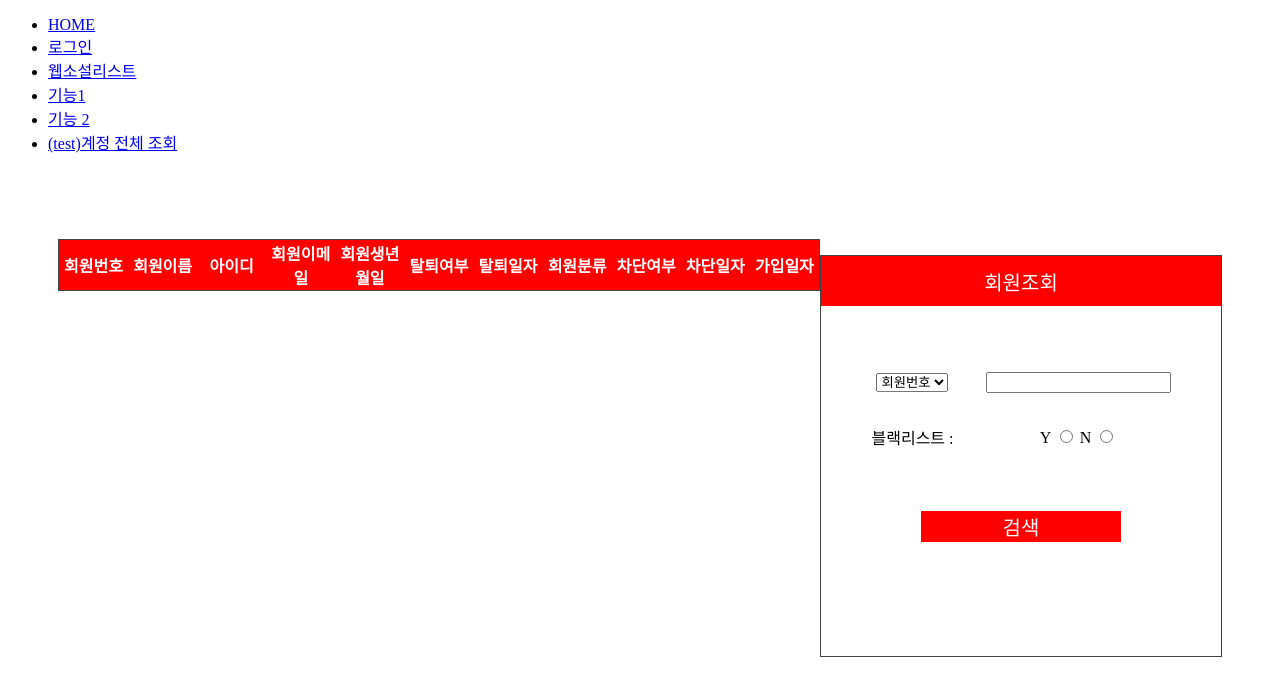
Repository: hoony0203/firstbook
Page: http://localhost/first_book/WEB-INF/views/admin/memberList.jsp
These files come from the project's save history. The page is drawn as it stood at one moment and after the next save; the edit follows.
The browser window is 1280 px wide. The pictures show the whole page.
The page is served by Tomcat 9. Nobody is signed in. The template is opened directly, without the code that normally fills it, so the values that code supplies are empty.

Above is the page before, as saved 2021-04-09 12:14:31.

After the next save:
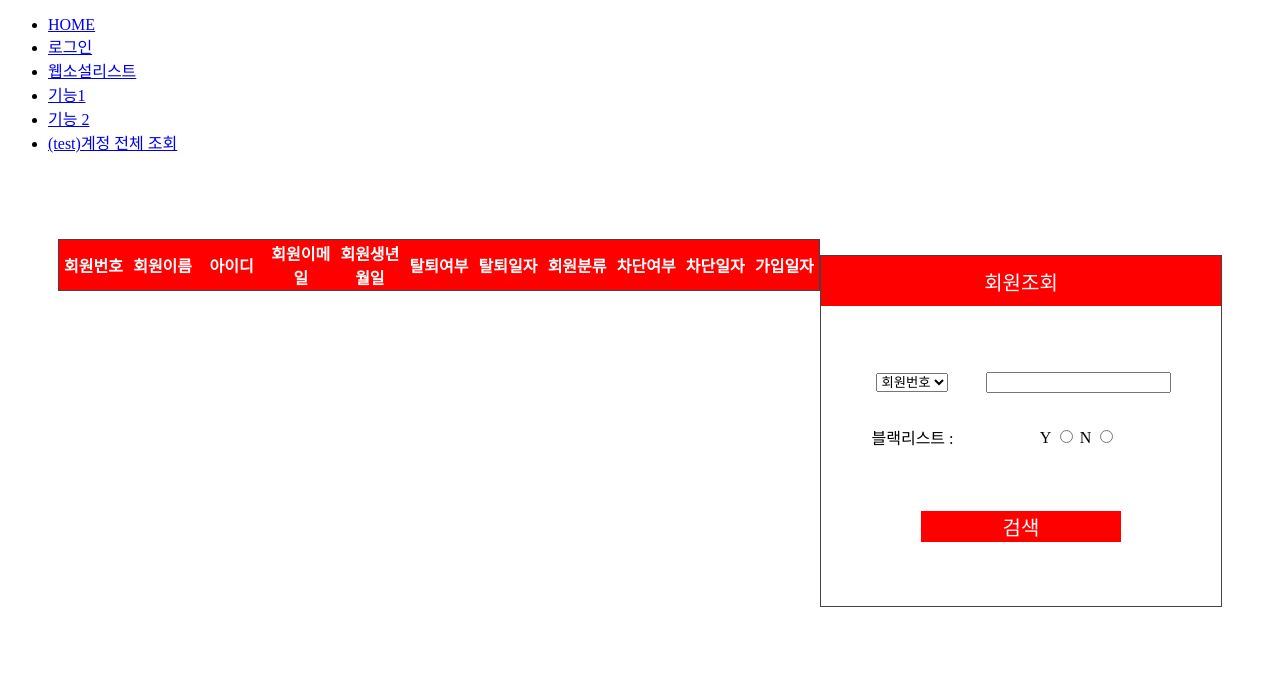
Saved 8 s later.
--- a/first_book/web/WEB-INF/views/admin/memberList.jsp
+++ b/first_book/web/WEB-INF/views/admin/memberList.jsp
@@ -17,7 +17,7 @@
 	section table tbody>tr:nth-child(odd) { background-color: #CFCFCF; }
 
 
-	aside { float:right; margin-top: 85px; margin-right : 50px; height : 400px; width : 400px; border: 1px solid #444444;}
+	aside { float:right; margin-top: 85px; margin-right : 50px; height : 350px; width : 400px; border: 1px solid #444444;}
 
 	.inbox { display: -webkit-box; display: -moz-box; display: -ms-flexbox; display: flex; -webkit-box-align: center;
         -moz-box-align: center; -ms-flex-align: center; align-items: center; /* 수직 정렬 */
